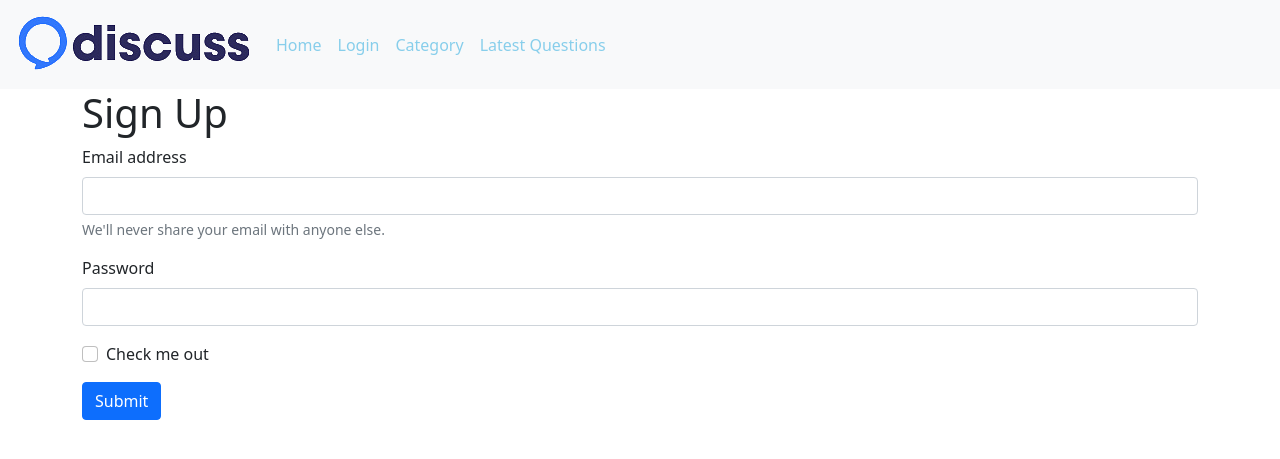
Repository: zeeShanizeeshan/php-project
Page: http://localhost/?signup=true
These files come from the project's save history. The page is drawn as it stood at one moment and after the next save; the edit follows.
The browser window is 1280 px wide. The pictures show the whole page.
The page is run by PHP 8.4 with error messages shown; the project is at /var/www/html/.

Above is the page before, as saved 2025-12-02 16:30:03.

After the next save:
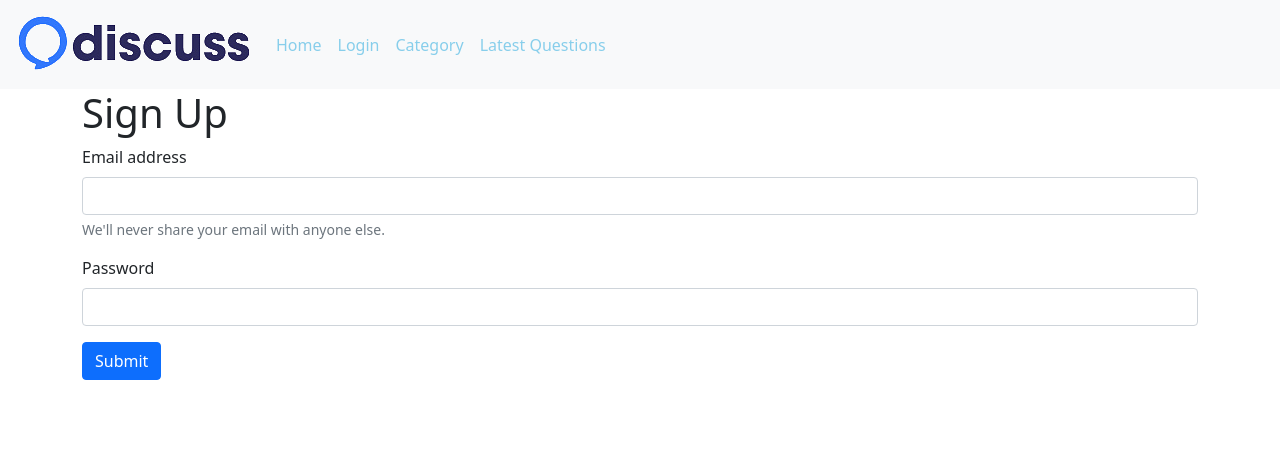
Saved 26 s later.
--- a/client/signup.php
+++ b/client/signup.php
@@ -10,10 +10,7 @@
             <label for="exampleInputPassword1" class="form-label">Password</label>
             <input type="password" class="form-control" id="exampleInputPassword1">
         </div>
-        <div class="mb-3 form-check">
-            <input type="checkbox" class="form-check-input" id="exampleCheck1">
-            <label class="form-check-label" for="exampleCheck1">Check me out</label>
-        </div>
+
         <button type="submit" class="btn btn-primary">Submit</button>
     </form>
 </div>
